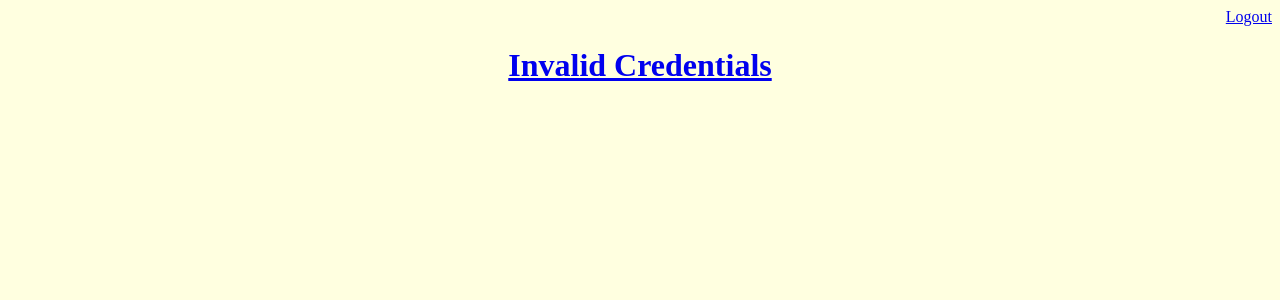
Repository: Ranjith-Kondra/FSD57_MODULE3
Page: http://localhost/EmpWebApp/HRHomePage
An editor plug-in stored every save of this project. The page is shown before and after the next save, followed by the edit.
The browser window is 1280 px wide. The pictures show the whole page.
The page is served by Tomcat 9. Other server files are loaded and not shown.

Above is the page before, as saved 2024-01-04 09:46:08.

### AdvJava/WorkSpace2/EmpWebApp/src/com/web/HRHomePage.java
package com.web;

import java.io.IOException;
import java.io.PrintWriter;

import javax.servlet.RequestDispatcher;
import javax.servlet.ServletException;
import javax.servlet.annotation.WebServlet;
import javax.servlet.http.HttpServlet;
import javax.servlet.http.HttpServletRequest;
import javax.servlet.http.HttpServletResponse;

@WebServlet("/HRHomePage")
public class HRHomePage extends HttpServlet {




protected void doGet(HttpServletRequest request, HttpServletResponse response) throws ServletException, IOException {

		response.setContentType("text/html");
		PrintWriter out = response.getWriter();

		   String emailId = request.getParameter("emailId");

		    out.println("</html>");
			out.println("<body bgcolor='lightyellow' text='red'>");
			//For Logout
			out.print("<form align='right'>");
			out.print("<a href='Logout'>Logout</>");
			out.print("<form>");

			out.println("<center>");
			out.println("<h1>Invalid Credentials</h1>");

		    out.println("</center>");
		    out.println("</body>");
		    out.println("</html>");

	}


	protected void doPost(HttpServletRequest request, HttpServletResponse response) throws ServletException, IOException {

		doGet(request, response);
	}

}

After the next save:
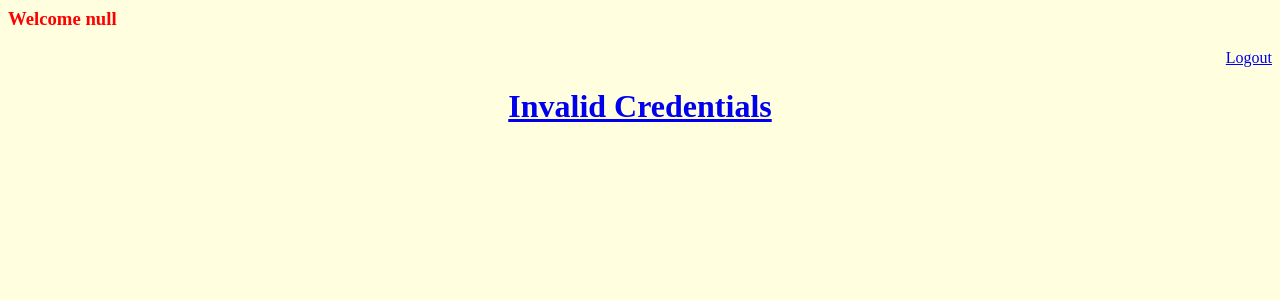
Saved 87 s later.
--- a/AdvJava/WorkSpace2/EmpWebApp/src/com/web/HRHomePage.java
+++ b/AdvJava/WorkSpace2/EmpWebApp/src/com/web/HRHomePage.java
@@ -25,6 +25,9 @@ protected void doGet(HttpServletRequest request, HttpServletResponse response) t
 
 		    out.println("</html>");
 			out.println("<body bgcolor='lightyellow' text='red'>");
+
+			//for username
+			out.println("<h3>Welcome " + emailId + "</h3>");
 			//For Logout
 			out.print("<form align='right'>");
 			out.print("<a href='Logout'>Logout</>");
